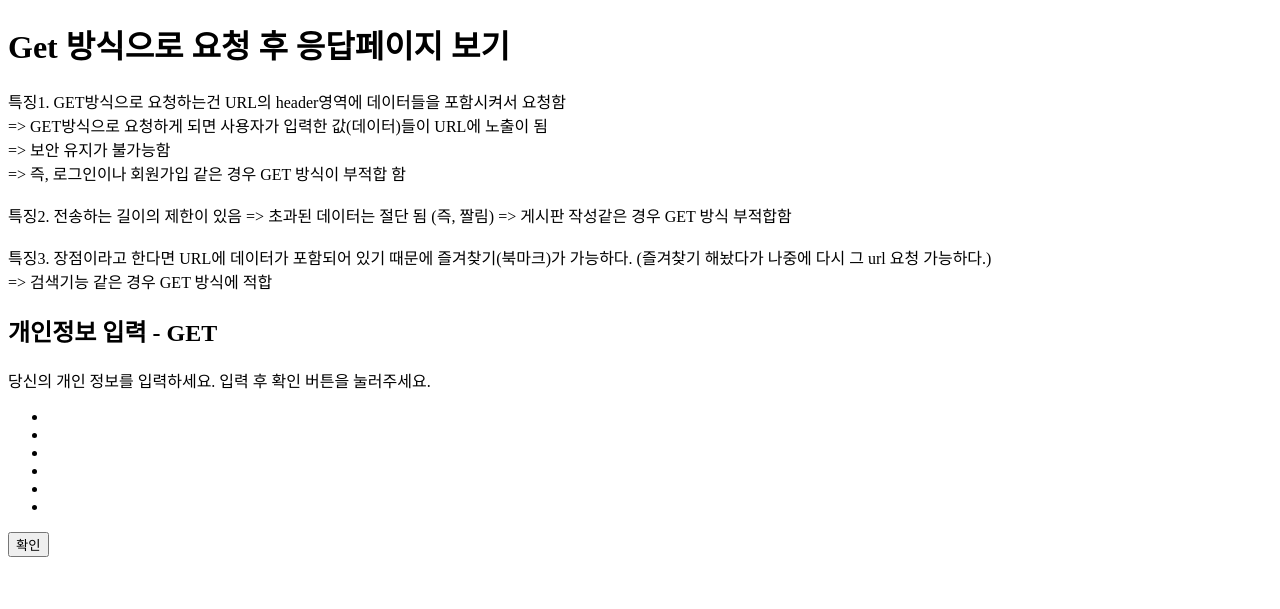
Repository: pje00427/webserver_workspace1
Page: 1_Servlet/WebContent/views/requestTest_GET.html
An editor plug-in stored every save of this project. The page is shown before and after the next save, followed by the edit.
The browser window is 1280 px wide. The pictures show the whole page.

Above is the page before, as saved 2020-08-27 05:12:58.

### 1_Servlet/WebContent/views/requestTest_GET.html
<!DOCTYPE html>
<html>
<head>
<meta charset="UTF-8">
<title>Insert title here</title>
</head>
<body>
	<h1>Get 방식으로 요청 후 응답페이지 보기</h1>

	<p>
		특징1. GET방식으로 요청하는건 URL의 header영역에 데이터들을 포함시켜서 요청함<br>
			=> GET방식으로 요청하게 되면 사용자가 입력한 값(데이터)들이 URL에 노출이 됨 <br>
			=> 보안 유지가 불가능함 <br>
			=> 즉, 로그인이나 회원가입 같은 경우 GET 방식이 부적합 함 <br><br>

		특징2. 전송하는 길이의 제한이 있음 => 초과된 데이터는 절단 됨 (즉, 짤림) => 게시판 작성같은 경우 GET 방식 부적합함<br><br>

		특징3. 장점이라고 한다면 URL에 데이터가 포함되어 있기 때문에 즐겨찾기(북마크)가 가능하다. (즐겨찾기 해놨다가 나중에 다시 그 url 요청 가능하다.)<br>
			=> 검색기능 같은 경우 GET 방식에 적합
	</p>

	<h2>개인정보 입력 - GET</h2>

	<p>당신의 개인 정보를 입력하세요. 입력 후 확인 버튼을 눌러주세요.</p>

	<form action="요청할서버매핑값" method="GET">

		<ul>
			<li></li>
			<li></li>
			<li></li>
			<li></li>
			<li></li>
			<li></li>
		</ul>


		<input type="submit" value="확인">
	</form>

</body>
</html>

After the next save:
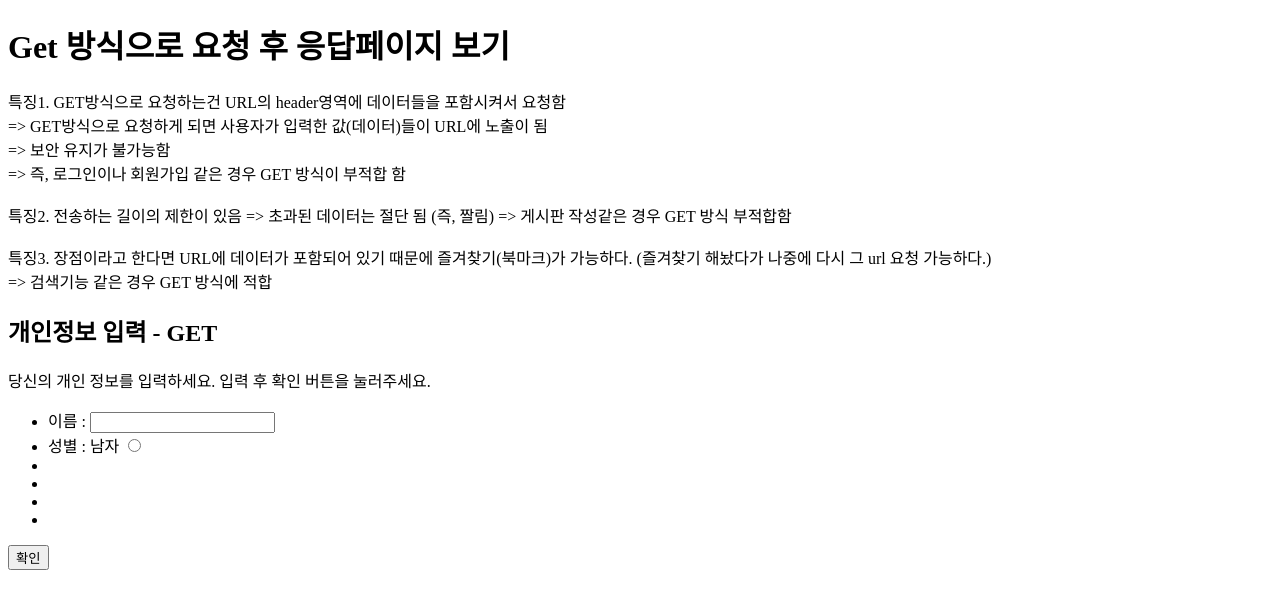
Saved 2 min 37 s later.
--- a/1_Servlet/WebContent/views/requestTest_GET.html
+++ b/1_Servlet/WebContent/views/requestTest_GET.html
@@ -26,8 +26,11 @@
 	<form action="요청할서버매핑값" method="GET">
 
 		<ul>
-			<li></li>
-			<li></li>
+			<li>이름 : <input type="text" name="name"></li>
+			<li>
+				성별 :
+				남자 <input type="radio">
+			</li>
 			<li></li>
 			<li></li>
 			<li></li>
